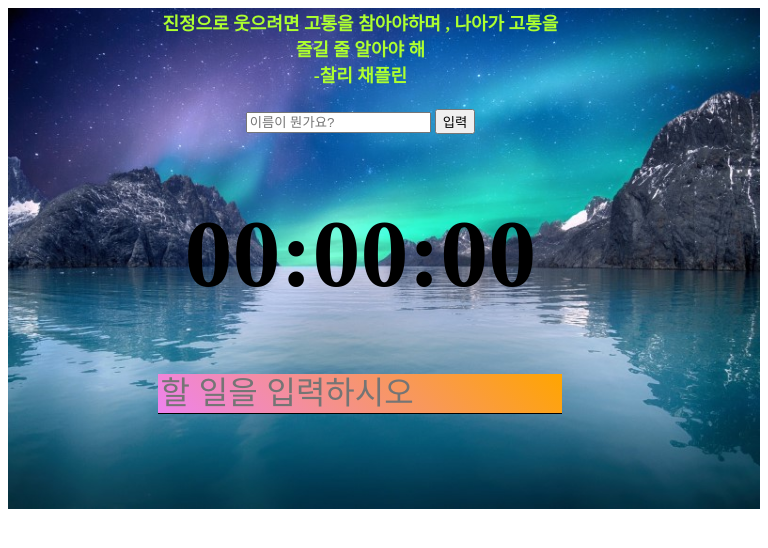
Repository: jun01270/F-E-practice
Page: index.html
These files come from the project's save history. The page is drawn as it stood at one moment and after the next save; the edit follows.
The browser window is 768 px wide. The pictures show the whole page.

Above is the page before, as saved 2023-07-12 15:32:45.
Console error: TypeError: Cannot read properties of null (reading 'querySelector')

After the next save:
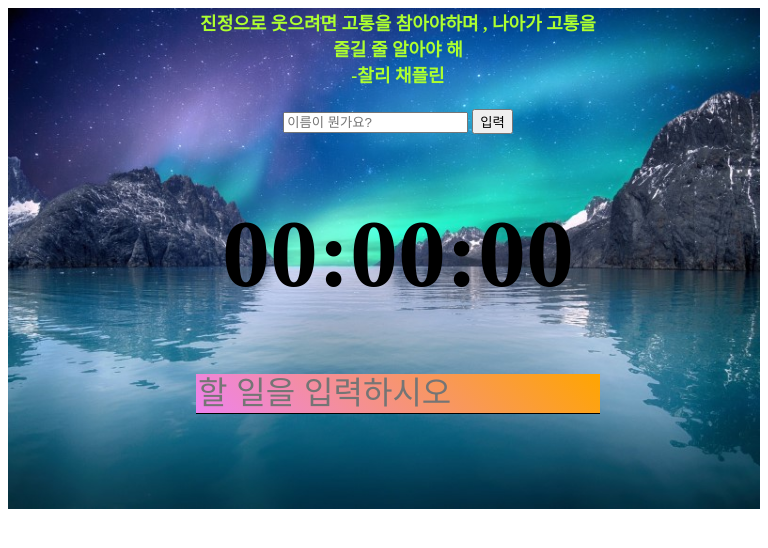
Saved 6 s later.
--- a/style.css
+++ b/style.css
@@ -74,7 +74,7 @@ body {
   #wrapper {
     position: absolute;
     top: 20%;
-    left: 20%;
+    left: 25%;
     text-align: center;
     height: 80%;
   }
